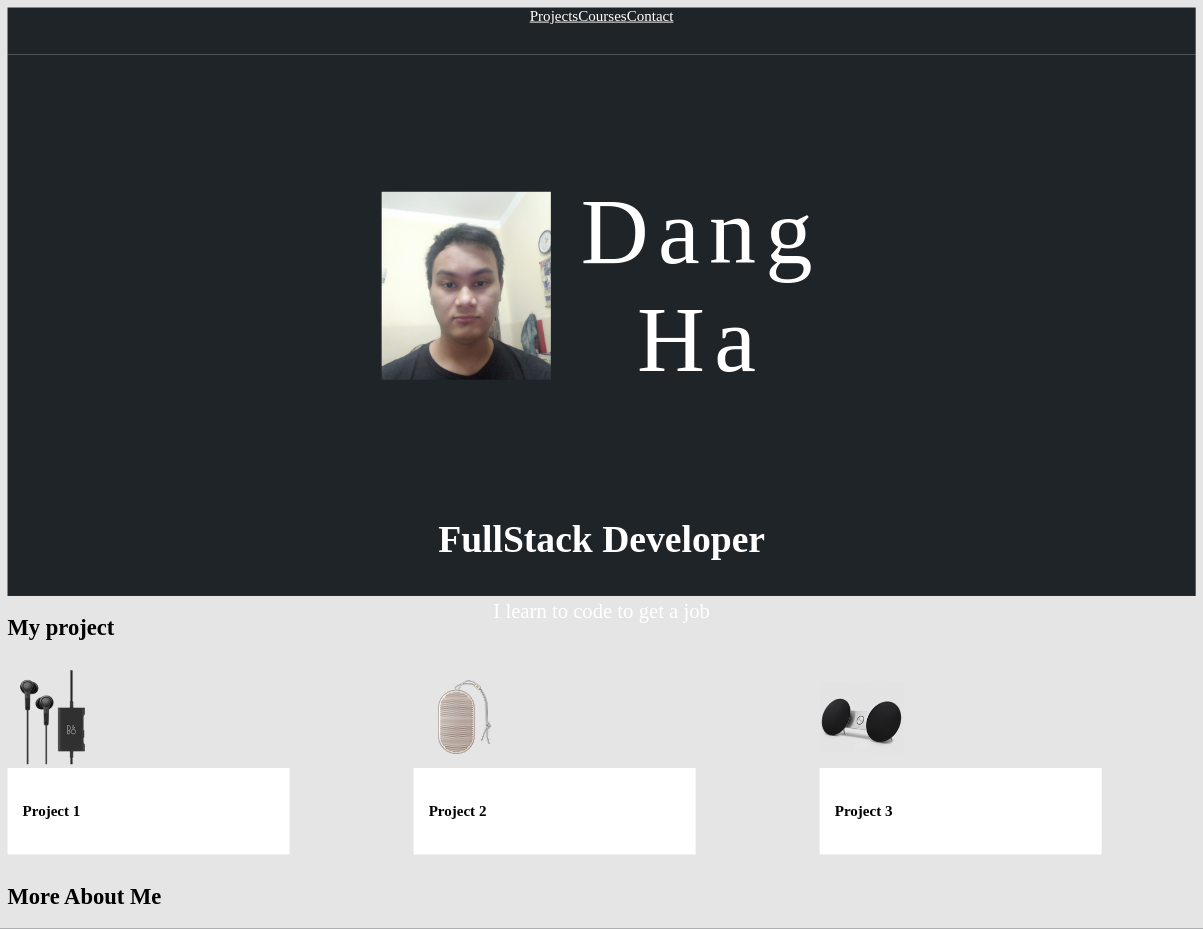
Repository: hagit01/ha-portfolio
Page: home.html
The author's editor kept a copy of each file at every save. The page is drawn from the files as they stood at one save, then again after the next save.
The browser window is 1280 px wide. The pictures show the whole page, at 94% of full size.

Above is the page before, as saved 2021-07-30 10:46:17.

### home.html
<!DOCTYPE html>
<html>
<head>
    <meta charset="utf-8" >
    <meta http-equiv="X-UA-Compatible" content="IE=edge" >
    <title>Dang Ha</title>
    <meta name="viewport" content="width=device-width, initial-scale=1" />
    <link rel="stylesheet" type="text/css" media="screen" href="main.css" >
</head>

<body>

    <section class="navigation-bar">

        <a class="nav-link" href="#">
            Projects
        </a>

        <a class="nav-link" href="#">
            Courses
        </a>

        <a class="nav-link" href="#">
            Contact
        </a>

    </section>

    <section class="hero">
        <div class="hero--content">
            <div class="hero--content--intro">
                <img id="profile_pic" src="images/dangha.jpg" alt="">
                <h1 class="intro--name">Dang <br> Ha</h1>
            </div>
            <div class="hero--content--subsection">
                <h3 class="description">FullStack Developer</h3>
                <p class="slogan">I learn to code to get a job</p>
            </div>
        </div>
    </section>

    <section class="container">
        <h2>My project</h2>
        <div class="projects--wrapper">
            <div class="project--column">
                <img class="project--thumbnail" src="images/1.png" alt="" >
                <div class="project--body">
                    <h4>Project 1</h4>
                </div>
            </div>
            <div class="project--column">
                <img class="project--thumbnail" src="images/2.png" alt="" >
                <div class="project--body">
                    <h4>Project 2</h4>
                </div>
            </div>
            <div class="project--column">
                <img class="project--thumbnail" src="images/3.png" alt="" >
                <div class="project--body">
                    <h4>Project 3</h4>
                </div>
            </div>
        </div>

        <h2>More About Me</h2>
    </section>

</body>



</html>

### main.css
body{
    background-color: #E5E5E5;
}

.navigation-bar{
    background-color: #1F2428;
    height: 50px;
    display:flex;
    justify-content: center;
}

.nav-link{
    color: #fff;
}

.hero{
    background-color: #1F2428;
    height: 80vh;
    color:#fff;
}

#profile_pic{
    height: 200px;
    width: 180px;
    object-fit: cover;
}

.hero--content{
    width: 1000;
    margin: 0 auto;
    padding: 3em;
}

.hero--content--intro{
    display: flex;
    color: #fff;
    justify-content: center;
    align-items: center;
    gap: 2em;
    margin-bottom: 3em;
}

.hero--content--subsection{
    text-align: center;
}

.intro--name{
    font-size: 100px;
    letter-spacing: .1em;
    font-weight: 20;
    text-align: center;
}

.description{
    font-size: 40px;
}

.slogan{
    font-size:22px;
}

.projects--wrapper{
    display: grid;
    grid-template-columns: 1fr 1fr 1fr;
    gap: 2em;
    margin-top: 2em;
    margin-bottom: 2em;
}

.project--column{
    width: 300px;
}

.project--thumbnail{
    width: 100px;
}

.project--body{
    background-color: #fff;
    padding: 1em;
}

After the next save:
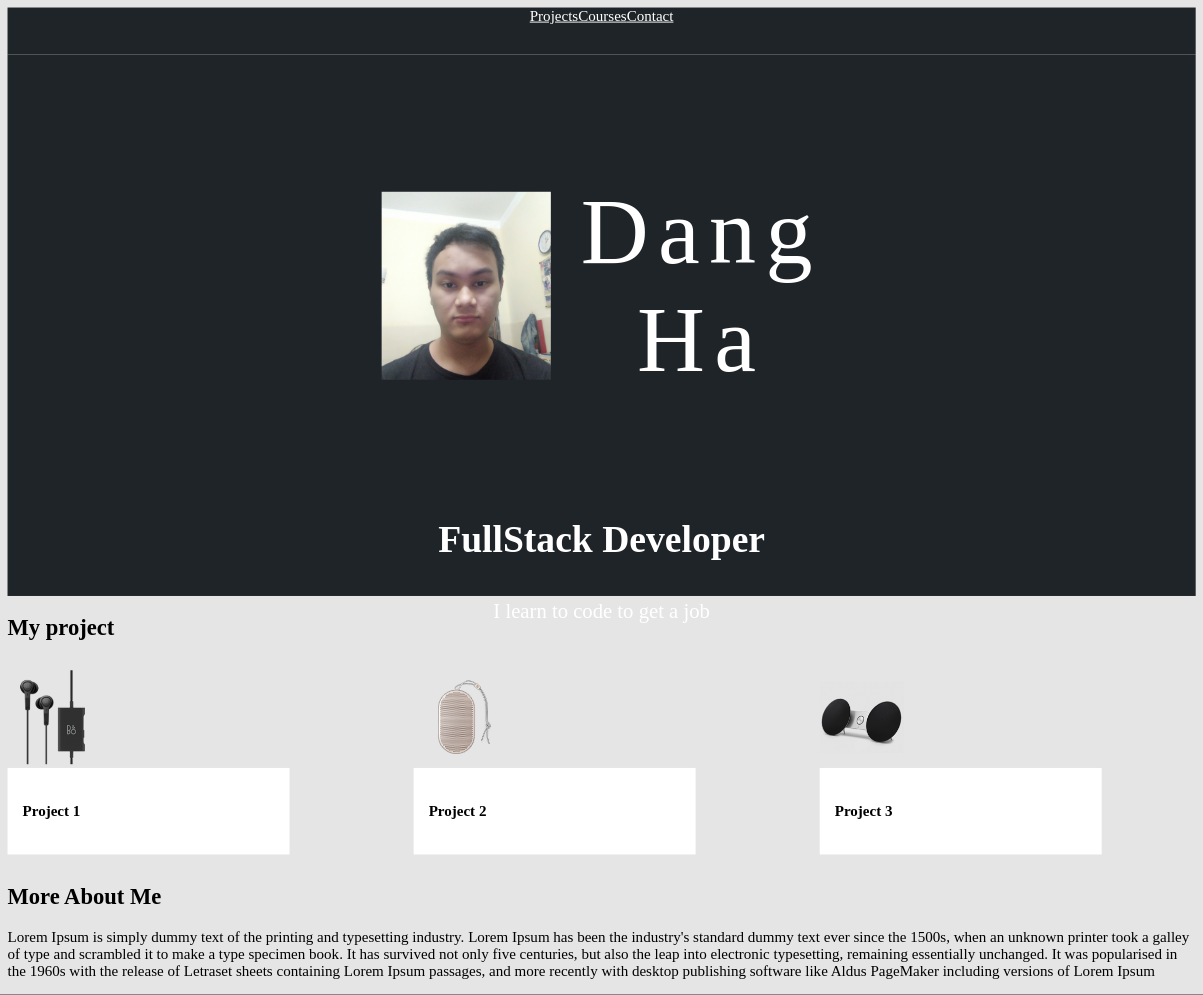
Saved 41 s later.
--- a/home.html
+++ b/home.html
@@ -63,6 +63,7 @@
         </div>
 
         <h2>More About Me</h2>
+        <p>Lorem Ipsum is simply dummy text of the printing and typesetting industry. Lorem Ipsum has been the industry's standard dummy text ever since the 1500s, when an unknown printer took a galley of type and scrambled it to make a type specimen book. It has survived not only five centuries, but also the leap into electronic typesetting, remaining essentially unchanged. It was popularised in the 1960s with the release of Letraset sheets containing Lorem Ipsum passages, and more recently with desktop publishing software like Aldus PageMaker including versions of Lorem Ipsum</p>
     </section>
 
 </body>
